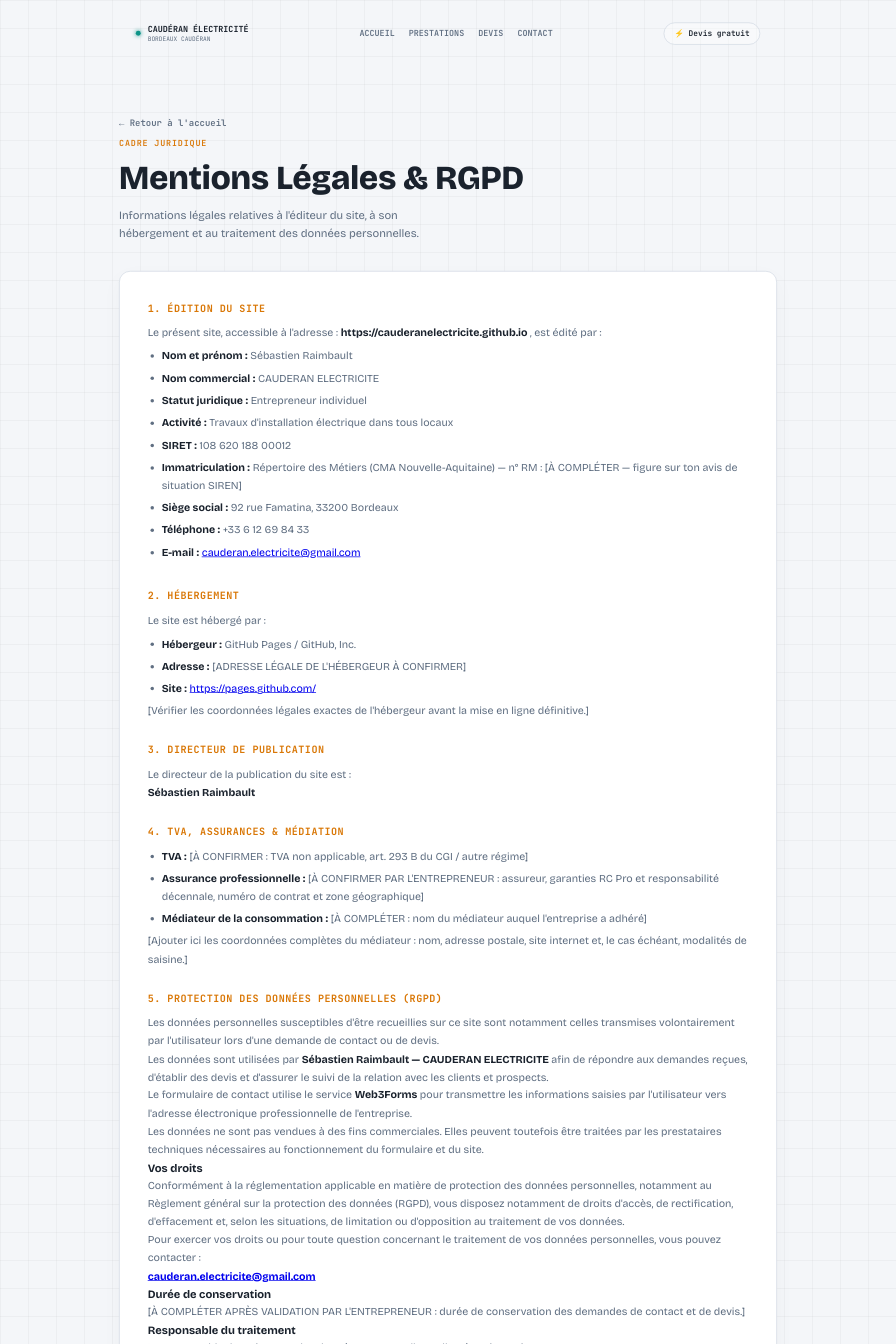
Repository: cauderanelectricite/cauderanelectricite.github.io
Page: mentions-legales.html
An editor plug-in stored every save of this project. The page is shown before and after the next save, followed by the edit.
The browser window is 1280 px wide. The pictures show the part of the page from y = 0 to 1920 px (the page is 2796 px tall), at 70% of full size.

Above is the page before, as saved 2026-09-29 20:41:31.

### mentions-legales.html
<!DOCTYPE html>
<html lang="fr">

<head>
    <meta charset="UTF-8">
    <meta name="viewport" content="width=device-width, initial-scale=1.0">

    <title>Mentions Légales — Caudéran Électricité</title>

    <!-- Polices Google Fonts -->
    <link rel="preconnect" href="https://fonts.googleapis.com">
    <link rel="preconnect" href="https://fonts.gstatic.com" crossorigin>

    <link
        href="https://fonts.googleapis.com/css2?family=Bricolage+Grotesque:opsz,wght@12..96,400..800&family=JetBrains+Mono:wght@400;600;700&display=swap"
        rel="stylesheet"
    >

    <!-- Feuille de style -->
    <link rel="stylesheet" href="style.css">
</head>

<body>

    <!-- Header flottant -->
    <header>
        <div class="nav-container">

            <a href="index.html" class="brand">
                <div class="led"></div>

                <div class="brand-name">
                    Caudéran Électricité
                    <small>Bordeaux Caudéran</small>
                </div>
            </a>

            <nav>
                <a href="index.html">Accueil</a>
                <a href="index.html#services">Prestations</a>
                <a href="devis.html">Devis</a>
                <a href="contact.html">Contact</a>
            </nav>

            <a href="devis.html" class="header-cta">
                ⚡ Devis gratuit
            </a>

        </div>
    </header>


    <!-- Contenu principal -->
    <main>

        <div class="section">

            <div class="page-head">

                <a href="index.html" class="back-link">
                    ← Retour à l'accueil
                </a>

                <div class="kicker">
                    Cadre juridique
                </div>

                <h1>
                    Mentions Légales & RGPD
                </h1>

                <p>
                    Informations légales relatives à l'éditeur du site,
                    à son hébergement et au traitement des données personnelles.
                </p>

            </div>


            <div class="legal-content">


                <!-- ===================================================== -->
                <!-- 1. ÉDITION DU SITE -->
                <!-- ===================================================== -->

                <div class="legal-section">

                    <h3>
                        1. Édition du site
                    </h3>

                    <p>
                        Le présent site, accessible à l'adresse :
                        <strong class="amber">
                            https://cauderanelectricite.github.io
                        </strong>,
                        est édité par :
                    </p>

                    <ul>

                        <li>
                            <strong>Nom et prénom :</strong>
                            Sébastien Raimbault
                        </li>

                        <li>
                            <strong>Nom commercial :</strong>
                            CAUDERAN ELECTRICITE
                        </li>

                        <li>
                            <strong>Statut juridique :</strong>
                            Entrepreneur individuel
                        </li>

                        <li>
                            <strong>Activité :</strong>
                            Travaux d'installation électrique dans tous locaux
                        </li>

                        <li>
                            <strong>SIRET :</strong>
                            108 620 188 00012
                        </li>
                        <li>
                             <strong>Immatriculation :</strong>
                            Répertoire des Métiers (CMA Nouvelle-Aquitaine) — n° RM :
                            <span class="placeholder">[À COMPLÉTER — figure sur ton avis de situation SIREN]</span>
                        </li>

                        <li>
                            <strong>Siège social :</strong>
                            92 rue Famatina, 33200 Bordeaux
                        </li>

                        <li>
                            <strong>Téléphone :</strong>
                            +33 6 12 69 84 33
                        </li>

                        <li>
                            <strong>E-mail :</strong>
                            <a href="mailto:cauderan.electricite@gmail.com">
                                cauderan.electricite@gmail.com
                            </a>
                        </li>

                    </ul>

                </div>


                <!-- ===================================================== -->
                <!-- 2. HÉBERGEMENT -->
                <!-- ===================================================== -->

                <div class="legal-section">

                    <h3>
                        2. Hébergement
                    </h3>

                    <p>
                        Le site est hébergé par :
                    </p>

                    <ul>

                        <li>
                            <strong>Hébergeur :</strong>
                            GitHub Pages / GitHub, Inc.
                        </li>

                        <li>
                            <strong>Adresse :</strong>
                            <span class="placeholder">
                                [ADRESSE LÉGALE DE L'HÉBERGEUR À CONFIRMER]
                            </span>
                        </li>

                        <li>
                            <strong>Site :</strong>
                            <a href="https://pages.github.com/" target="_blank" rel="noopener">
                                https://pages.github.com/
                            </a>
                        </li>

                    </ul>

                    <p class="placeholder">
                        [Vérifier les coordonnées légales exactes de l'hébergeur
                        avant la mise en ligne définitive.]
                    </p>

                </div>


                <!-- ===================================================== -->
                <!-- 3. DIRECTEUR DE PUBLICATION -->
                <!-- ===================================================== -->

                <div class="legal-section">

                    <h3>
                        3. Directeur de publication
                    </h3>

                    <p>
                        Le directeur de la publication du site est :
                    </p>

                    <p>
                        <strong>
                            Sébastien Raimbault
                        </strong>
                    </p>

                </div>


                <!-- ===================================================== -->
                <!-- 4. TVA, ASSURANCE ET MÉDIATION -->
                <!-- ===================================================== -->

                <div class="legal-section">

                    <h3>
                        4. TVA, assurances & médiation
                    </h3>

                    <ul>

                        <li>
                            <strong>TVA :</strong>
                            <span class="placeholder">
                                [À CONFIRMER : TVA non applicable, art. 293 B du CGI
                                / autre régime]
                            </span>
                        </li>

                        <li>
                            <strong>Assurance professionnelle :</strong>
                            <span class="placeholder">
                                [À CONFIRMER PAR L'ENTREPRENEUR : assureur,
                                garanties RC Pro et responsabilité décennale,
                                numéro de contrat et zone géographique]
                            </span>
                        </li>

                        <li>
                            <strong>Médiateur de la consommation :</strong>
                            <span class="placeholder">
                                [À COMPLÉTER : nom du médiateur auquel
                                l'entreprise a adhéré]
                            </span>
                        </li>

                    </ul>

                    <p class="placeholder">
                        [Ajouter ici les coordonnées complètes du médiateur :
                        nom, adresse postale, site internet et, le cas échéant,
                        modalités de saisine.]
                    </p>

                </div>


                <!-- ===================================================== -->
                <!-- 5. PROTECTION DES DONNÉES -->
                <!-- ===================================================== -->

                <div class="legal-section">

                    <h3>
                        5. Protection des données personnelles (RGPD)
                    </h3>

                    <p>
                        Les données personnelles susceptibles d'être recueillies
                        sur ce site sont notamment celles transmises volontairement
                        par l'utilisateur lors d'une demande de contact ou de devis.
                    </p>

                    <p>
                        Les données sont utilisées par
                        <strong>
                            Sébastien Raimbault — CAUDERAN ELECTRICITE
                        </strong>
                        afin de répondre aux demandes reçues, d'établir des devis
                        et d'assurer le suivi de la relation avec les clients et
                        prospects.
                    </p>

                    <p>
                        Le formulaire de contact utilise le service
                        <strong>
                            Web3Forms
                        </strong>
                        pour transmettre les informations saisies par l'utilisateur
                        vers l'adresse électronique professionnelle de l'entreprise.
                    </p>

                    <p>
                        Les données ne sont pas vendues à des fins commerciales.
                        Elles peuvent toutefois être traitées par les prestataires
                        techniques nécessaires au fonctionnement du formulaire et
                        du site.
                    </p>

                    <h4>
                        Vos droits
                    </h4>

                    <p>
                        Conformément à la réglementation applicable en matière de
                        protection des données personnelles, notamment au Règlement
                        général sur la protection des données (RGPD), vous disposez
                        notamment de droits d'accès, de rectification,
                        d'effacement et, selon les situations, de limitation ou
                        d'opposition au traitement de vos données.
                    </p>

                    <p>
                        Pour exercer vos droits ou pour toute question concernant
                        le traitement de vos données personnelles, vous pouvez
                        contacter :
                    </p>

                    <p>
                        <strong class="amber">
                            <a href="mailto:cauderan.electricite@gmail.com">
                                cauderan.electricite@gmail.com
                            </a>
                        </strong>
                    </p>

                    <h4>
                        Durée de conservation
                    </h4>

                    <p class="placeholder">
                        [À COMPLÉTER APRÈS VALIDATION PAR L'ENTREPRENEUR :
                        durée de conservation des demandes de contact et de devis.]
                    </p>

                    <h4>
                        Responsable du traitement
                    </h4>

                    <p>
                        Le responsable du traitement des données personnelles
                        collectées via ce site est :
                    </p>

                    <p>
                        <strong>
                            Sébastien Raimbault — CAUDERAN ELECTRICITE
                        </strong>
                    </p>

                    <p>
                        92 rue Famatina, 33200 Bordeaux
                        <br>
                        <a href="mailto:cauderan.electricite@gmail.com">
                            cauderan.electricite@gmail.com
                        </a>
                    </p>

                </div>


                <!-- ===================================================== -->
                <!-- 6. PROPRIÉTÉ INTELLECTUELLE -->
                <!-- ===================================================== -->

                <div class="legal-section">

                    <h3>
                        6. Propriété intellectuelle
                    </h3>

                    <p>
                        Sauf indication contraire, les contenus présents sur ce
                        site, notamment les textes, éléments graphiques, logos,
                        photographies, illustrations et éléments de présentation,
                        sont destinés à l'information des visiteurs et ne peuvent
                        être reproduits, distribués ou exploités sans autorisation
                        préalable de leur titulaire.
                    </p>

                    <p class="placeholder">
                        [À ADAPTER SI CERTAINS CONTENUS APPARTIENNENT À DES TIERS
                        OU SONT UTILISÉS SOUS LICENCE.]
                    </p>

                </div>


                <!-- ===================================================== -->
                <!-- 7. RESPONSABILITÉ -->
                <!-- ===================================================== -->

                <div class="legal-section">

                    <h3>
                        7. Responsabilité
                    </h3>

                    <p>
                        Les informations publiées sur ce site sont fournies à titre
                        informatif. Malgré le soin apporté à leur rédaction,
                        l'éditeur ne peut garantir l'exhaustivité ou l'absence
                        d'erreur de l'ensemble des informations présentées.
                    </p>

                    <p>
                        Les informations relatives aux prestations, tarifs,
                        disponibilités et conditions d'intervention peuvent être
                        modifiées sans préavis.
                    </p>

                    <p>
                        Seuls les devis et documents contractuels établis par
                        CAUDERAN ELECTRICITE font foi pour les conditions précises
                        d'une intervention.
                    </p>

                </div>


                <!-- ===================================================== -->
                <!-- 8. COOKIES -->
                <!-- ===================================================== -->

                <div class="legal-section">

                    <h3>
                        8. Cookies
                    </h3>

                    <p>
                        Le site n'utilise pas de cookies publicitaires ou de
                        cookies destinés à suivre les utilisateurs à des fins
                        commerciales.
                    </p>

                    <p class="placeholder">
                        [À VÉRIFIER : compléter cette section si des services
                        externes, outils statistiques, vidéos, cartes ou autres
                        services déposant des cookies sont ajoutés au site.]
                    </p>

                </div>


            </div>
        </div>

    </main>


    <!-- Hazard Strip -->
    <div class="hazard"></div>


    <!-- Footer -->
 <footer>
  <div class="foot-inner">
    <span class="foot-copy">© <span id="year">2025</span> Caudéran Électricité — Bordeaux Caudéran. Tous droits réservés.</span>
    <nav class="foot-nav" aria-label="Liens légaux">
      <a href="mentions-legales.html">Mentions légales &amp; RGPD</a>
    </nav>
  </div>
</footer>

<script>
  document.getElementById('year').textContent = new Date().getFullYear();
</script>

</body>

</html>

Loaded but not shown: style.css (938 lines, source omitted)

After the next save:
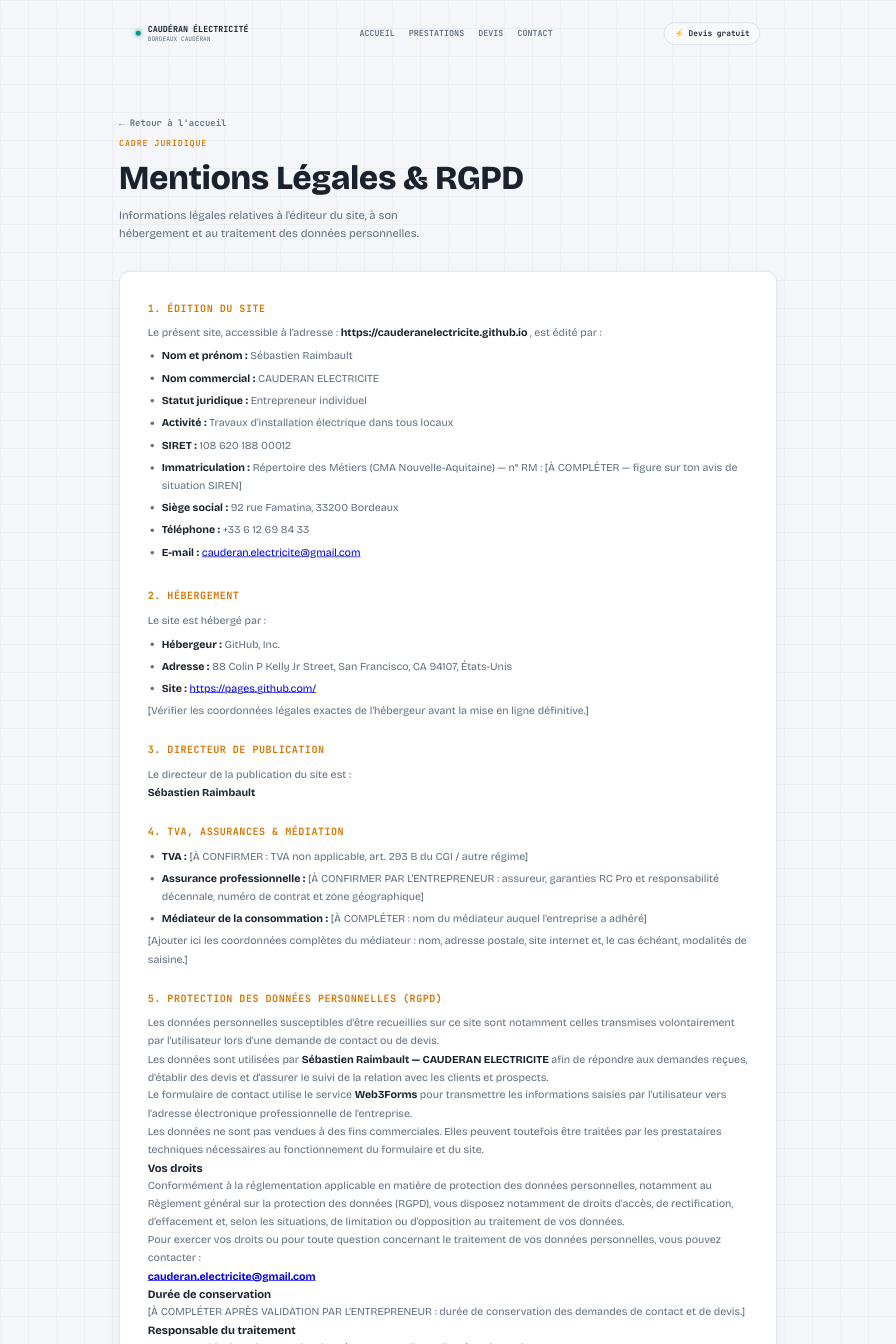
Saved 9 s later.
--- a/mentions-legales.html
+++ b/mentions-legales.html
@@ -166,29 +166,11 @@
                         Le site est hébergé par :
                     </p>
 
-                    <ul>
-
-                        <li>
-                            <strong>Hébergeur :</strong>
-                            GitHub Pages / GitHub, Inc.
-                        </li>
-
-                        <li>
-                            <strong>Adresse :</strong>
-                            <span class="placeholder">
-                                [ADRESSE LÉGALE DE L'HÉBERGEUR À CONFIRMER]
-                            </span>
-                        </li>
-
-                        <li>
-                            <strong>Site :</strong>
-                            <a href="https://pages.github.com/" target="_blank" rel="noopener">
-                                https://pages.github.com/
-                            </a>
-                        </li>
-
-                    </ul>
-
+<ul>
+  <li><strong>Hébergeur :</strong> GitHub, Inc.</li>
+  <li><strong>Adresse :</strong> 88 Colin P Kelly Jr Street, San Francisco, CA 94107, États-Unis</li>
+  <li><strong>Site :</strong> <a href="https://pages.github.com/" target="_blank" rel="noopener">https://pages.github.com/</a></li>
+</ul>
                     <p class="placeholder">
                         [Vérifier les coordonnées légales exactes de l'hébergeur
                         avant la mise en ligne définitive.]
